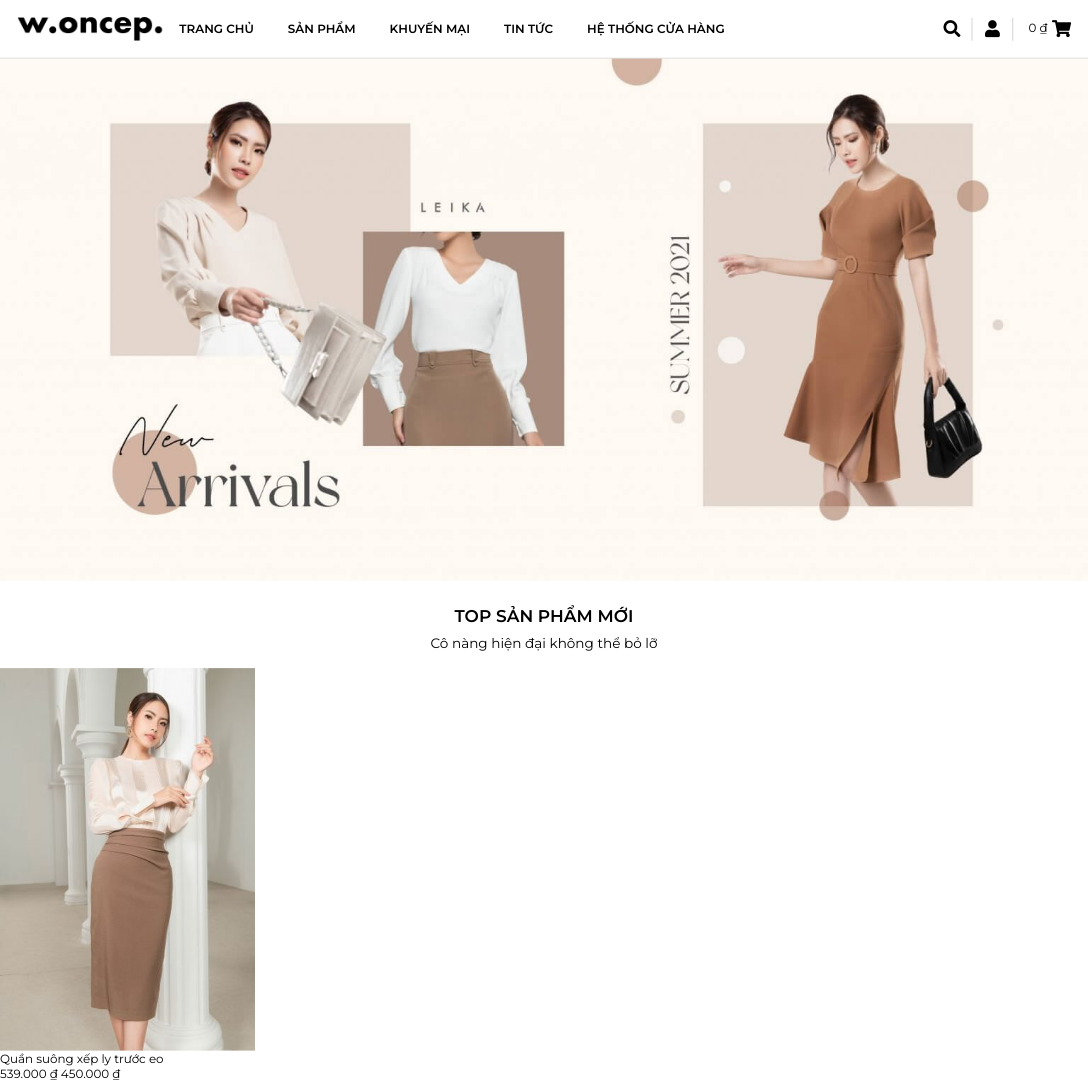
Repository: Nguyenductuan-dev/bt_j2team
Page: index.html
The author's editor kept a copy of each file at every save. The page is drawn from the files as they stood at one save, then again after the next save.
The browser window is 1280 px wide. The pictures show the whole page, at 85% of full size.

Above is the page before, as saved 2021-12-12 02:12:42.

After the next save:
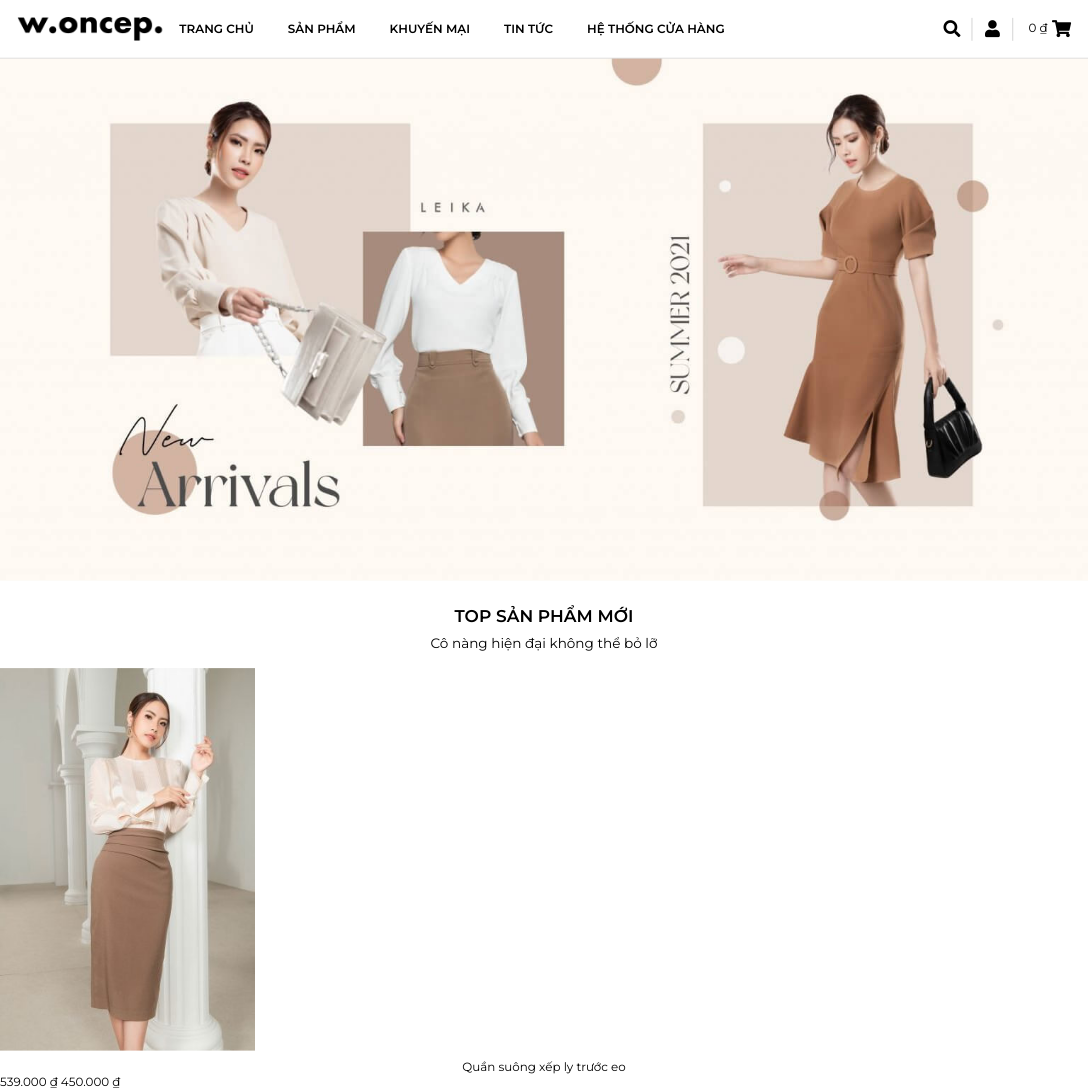
Saved 59 s later.
--- a/css/style.css
+++ b/css/style.css
@@ -107,7 +107,7 @@
     margin-top:  20px;
 }
 
-.home__product-list__title {
+.home__product-item__title {
     font-size: 14px;
     text-align: center;
     margin-top: 10px;
